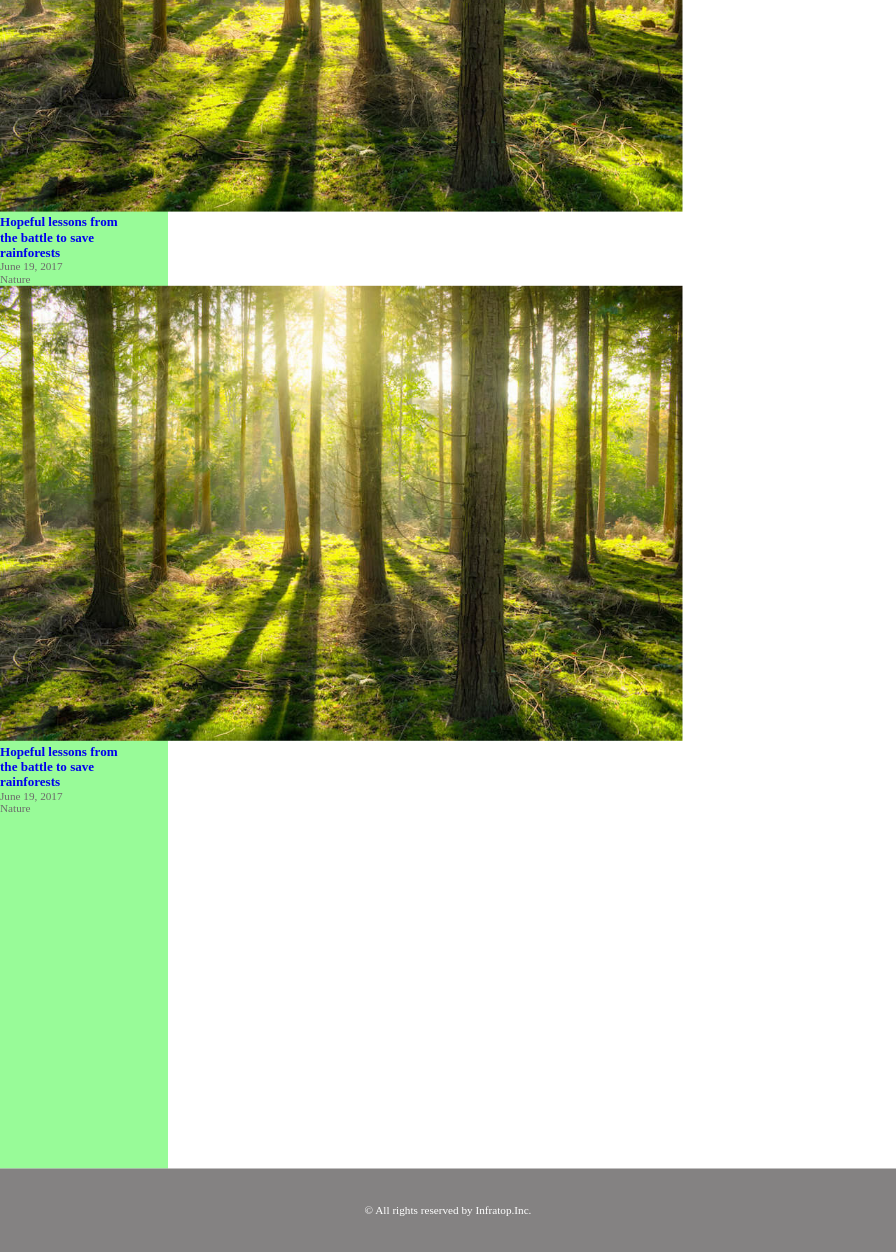
Repository: rascalNoShippo/git-practice
Page: caravan/index.html
The author's editor kept a record of every edit. The page is drawn from the files as they stood at one moment, then again after the next edit.
The browser window is 1280 px wide. The pictures show the part of the page from y = 1536 to 3456 px (the page is 3325 px tall before and 3456 px after), at 70% of full size.

Above is the page before.

### caravan/index.html
<!DOCTYPE html>
<html lang="ja">
  <head>
    <meta charset="UTF-8" />
    <link rel="stylesheet" href="style.css" />
    <title>CARAVAN</title>
  </head>

  <body>
    <header>
      <h1 class="heading">
        <a href="index.html">CARAVAN</a>
      </h1>
    </header>
    <nav>
      <ul class="nav-list">
        <li class="nav-list-item">
          <a href="index.html">Home</a>
        </li>
        <li class="nav-list-item">About</li>
        <li class="nav-list-item">Topic</li>
      </ul>
    </nav>
    <div class="main-visual">
      <div class="main-visual-content">
        <div>
          <p class="main-visual-text">
            The world is a book<br>and those who do not travel<br>read only one page.
          </p>
          <p class="main-visual-name">
            St. Augustine
          </p>
        </div>
      </div>
    </div>
    <main>
      <section class="blog">
        <h2 class="blog-heading">Recent Blogs</h2>
        <div class="blog-item">
          <img src="image/forest.jpg" class="blog-image">
          <section class="blog-text">
            <h3 class="blog-text-heading">
              <a href="single.html">
                Hopeful lessons from<br>the battle to save<br>rainforests
              </a>
            </h3>
            <p class="blog-date">June 19, 2017</p>
            <span class="category">Nature</span>
          </section>
        </div>
        <div class="blog-item">
          <img src="image/forest.jpg" class="blog-image">
          <section class="blog-text">
            <h3 class="blog-text-heading">
              <a href="single.html">
                Hopeful lessons from<br>the battle to save<br>rainforests
              </a>
            </h3>
            <p class="blog-date">June 19, 2017</p>
            <span class="category">Nature</span>
          </section>
        </div>
        <div class="blog-item">
          <img src="image/forest.jpg" class="blog-image">
          <section class="blog-text">
            <h3 class="blog-text-heading">
              <a href="single.html">
                Hopeful lessons from<br>the battle to save<br>rainforests
              </a>
            </h3>
            <p class="blog-date">June 19, 2017</p>
            <span class="category">Nature</span>
          </section>
        </div>
      </section>
      <section class="sidebar"></section>
    </main>
    <footer>
      <p class="footer-text">© All rights reserved by Infratop.Inc.</p>
    </footer>
  </body>
</html>

### caravan/style.css
*{
  margin: 0;
  padding: 0;
  box-sizing: border-box;
}

body{
  color: #6c6b6b;
}

a{
  text-decoration: none;
}

header {
  width: 90%;
  padding: 15px 0;
  margin: 0 auto;
  text-align: center
}

header .heading{
  font-size: 32px;
}

.nav-list{
 text-align: center;
 padding: 10px 0;
 margin: 0 auto;
 }

.nav-list-item{
  list-style: none;
  display: inline-block;
  margin: 0 20px;
}

.main-visual{
  width: 100%;
  height: 300px;
  background-image: url("image/mv.jpg");
  background-size: cover;
  background-position: center;
}

.main-visual-content{
  width: 40%;
  height: 300px;
  background-color: rgba(0,0,0,0.5);
  display: flex;
  align-items: center;
  flex-wrap: wrap;
  justify-content: center;
  text-align: center;
  color: white;
}

.main-visual-name{
  margin-top: 30px;
}

.main{
  width: 840px;
  /*height: 1400px;*/
  /*background-color: green;*/
  display: flex;
  justify-content: center;
  margin: 0 auto;
}

.blog{
  width: 600px;
  height: 1400px;
  background-color: limegreen;
}

.sidebar{
  width: 240px;
  height: 1400px;
  background-color: palegreen;
}

footer {
  width: 100%;
  height: 120px;
  text-align: center;
  line-height: 120px;
  background-color: #848282;
}

.footer-text {
  color: #fff;
}

After the next edit:
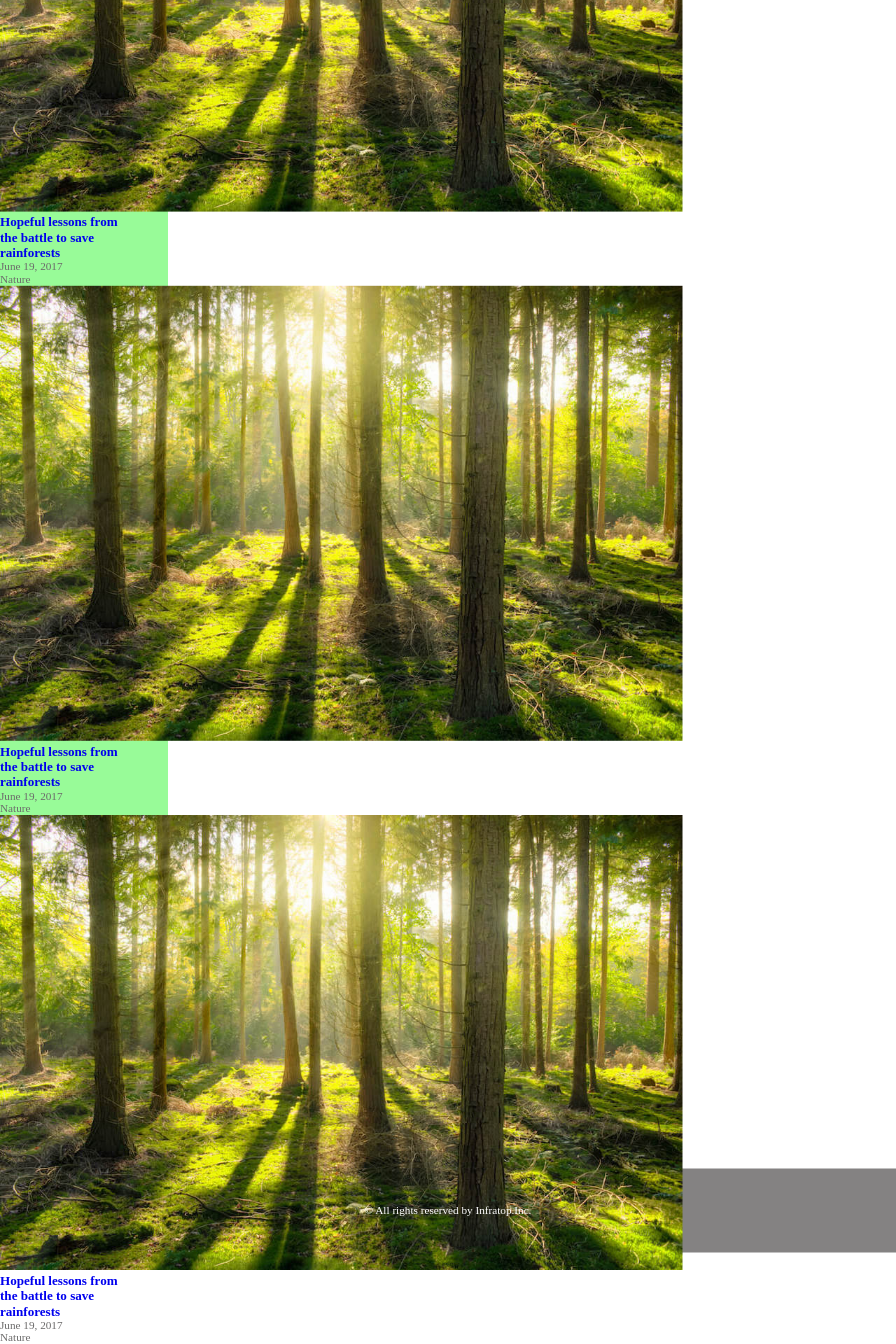
The edit:
--- a/caravan/index.html
+++ b/caravan/index.html
@@ -72,6 +72,18 @@
             <span class="category">Nature</span>
           </section>
         </div>
+        <div class="blog-item">
+          <img src="image/forest.jpg" class="blog-image">
+          <section class="blog-text">
+            <h3 class="blog-text-heading">
+              <a href="single.html">
+                Hopeful lessons from<br>the battle to save<br>rainforests
+              </a>
+            </h3>
+            <p class="blog-date">June 19, 2017</p>
+            <span class="category">Nature</span>
+          </section>
+        </div>
       </section>
       <section class="sidebar"></section>
     </main>
